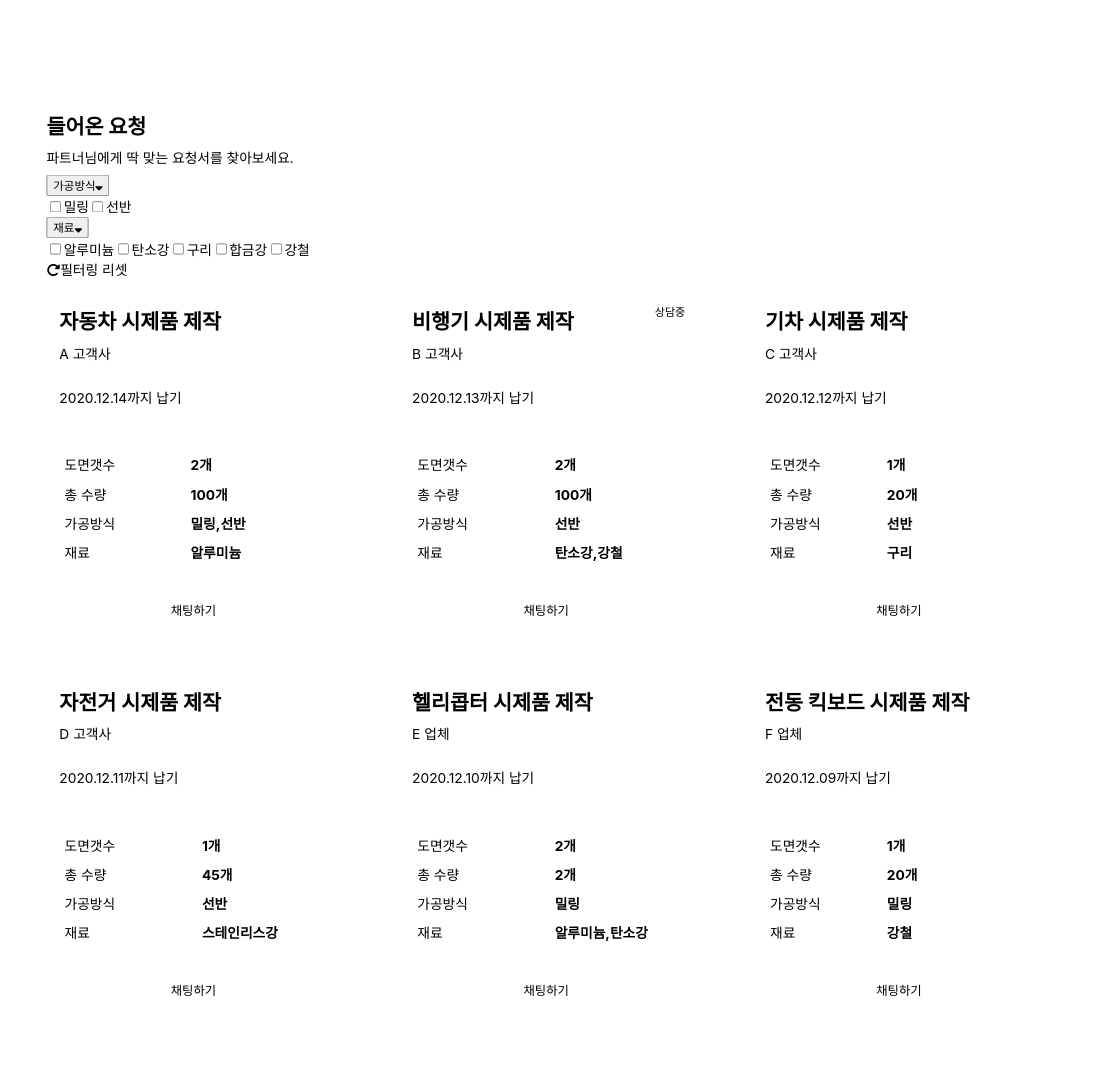
Repository: seoulsaram/capa
Page: /
An editor plug-in stored every save of this project. The page is shown before and after the next save, followed by the edit.
The browser window is 1280 px wide. The pictures show the whole page, at 86% of full size.
The project was rebuilt for these pictures with package versions that can differ from the ones it lists, and the page was loaded fresh each time. Requests to the local data server were answered from the project's data file. Also part of the build but not shown: src/App.css, src/components/filter/filter.module.css.

Above is the page before, as saved 2021-03-07 00:59:28.

After the next save:
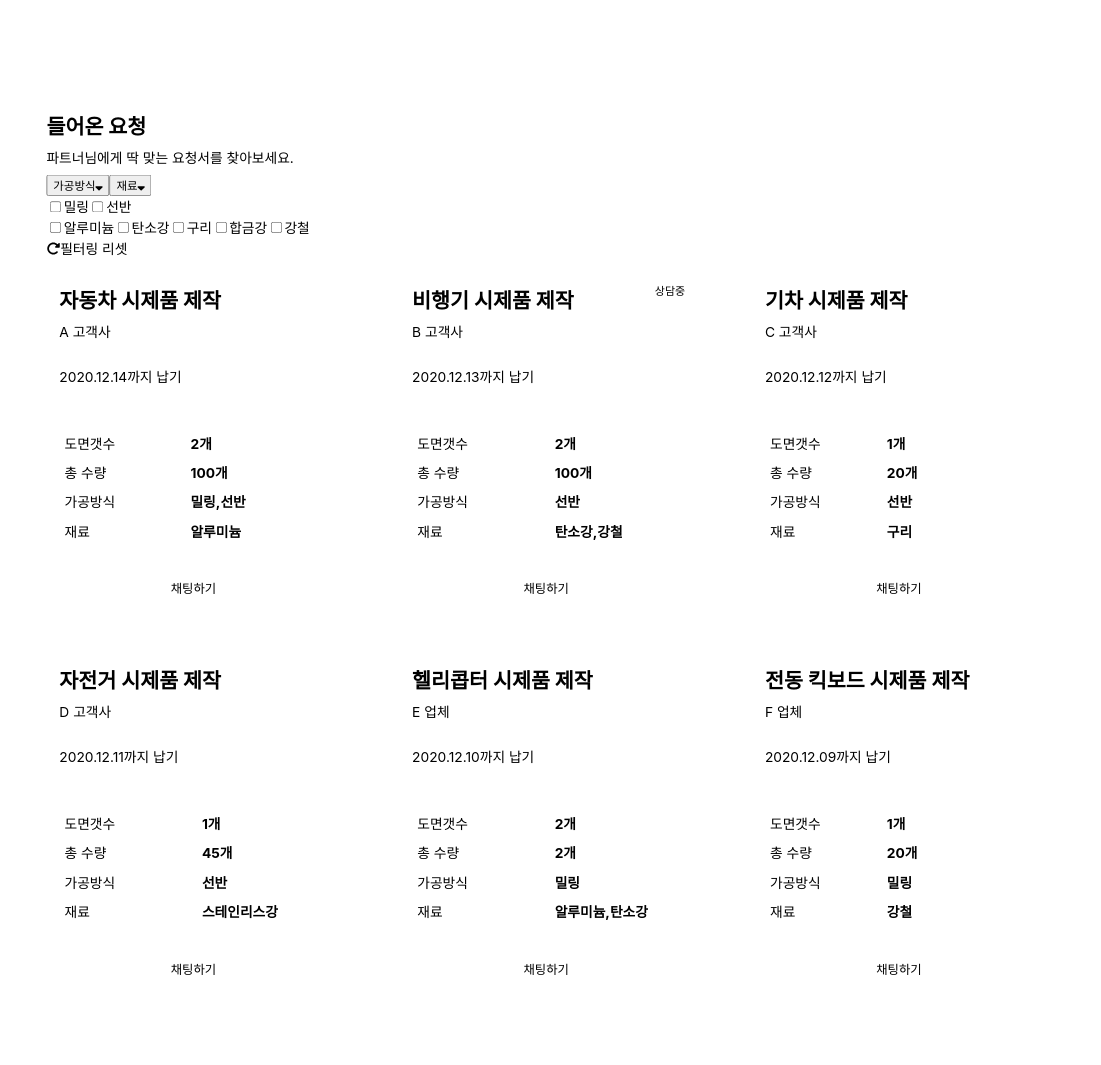
Saved 14 s later.
--- a/src/components/filter/filter.jsx
+++ b/src/components/filter/filter.jsx
@@ -15,7 +15,12 @@ const Filter = ({ reqInfo }) => {
         가공방식<i className="fas fa-sort-down"></i>
       </button>
 
-      <div className={styles.method}>
+      {/* 재료 */}
+      <button className={styles.filterBtn}>
+        재료<i className="fas fa-sort-down"></i>
+      </button>
+
+      <div className={styles.filter}>
         {method.map((methods) => (
           <label htmlFor={methods} key={methods}>
             <input type="checkbox" name={methods} value={methods} />
@@ -24,12 +29,7 @@ const Filter = ({ reqInfo }) => {
         ))}
       </div>
 
-      {/* 재료 */}
-      <button className={styles.filterBtn}>
-        재료<i className="fas fa-sort-down"></i>
-      </button>
-
-      <div className={styles.material}>
+      <div className={styles.filter}>
         {material.map((materials) => (
           <label htmlFor={materials} key={materials}>
             <input type="checkbox" name={materials} value={materials} />
